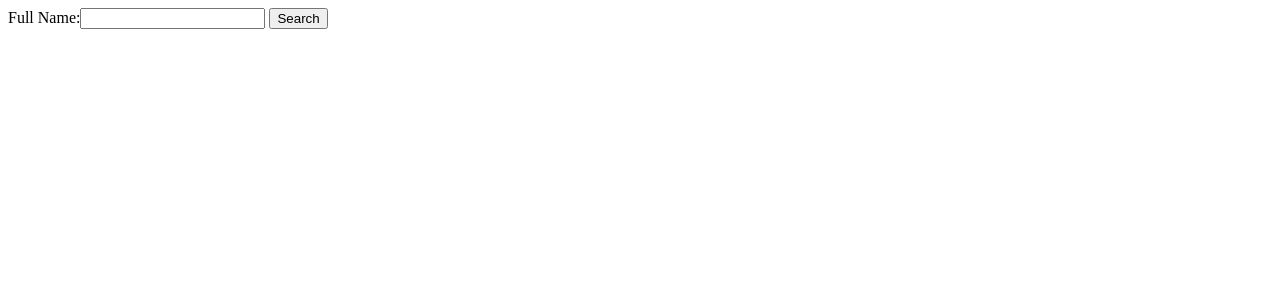
Repository: henokkeleta/SpringIt2
Page: WeekFour/WebContent/Resume1.html
An editor plug-in stored every save of this project. The page is shown before and after the next save, followed by the edit.
The browser window is 1280 px wide. The pictures show the whole page.

Above is the page before, as saved 2017-06-15 17:17:55.

After the next save:
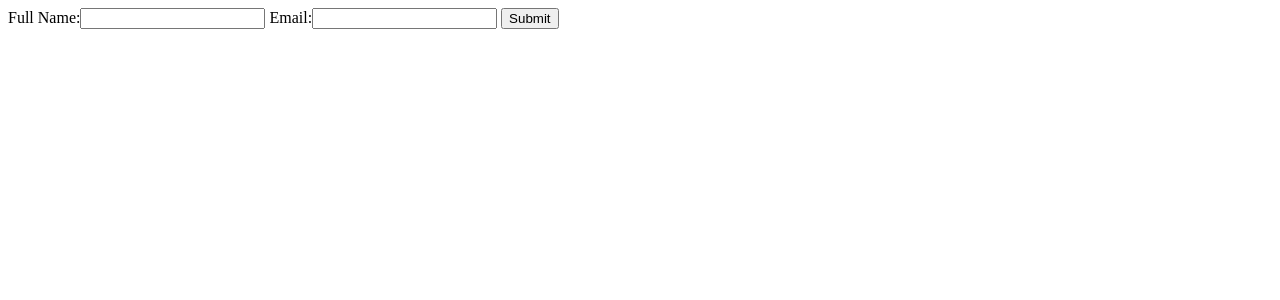
Saved 5 min 40 s later.
--- a/WeekFour/WebContent/Resume1.html
+++ b/WeekFour/WebContent/Resume1.html
@@ -7,7 +7,8 @@
 <body>
 <form action = "ResumeServlet" method = "post">
 Full Name:<input type = "text" name = "FullName" >
-<input type = "Submit" value = "Search">
+Email:<input type = "text" name = "Email" >
+<input type = "Submit" value = "Submit">
 </form>
 </body>
 </html>
